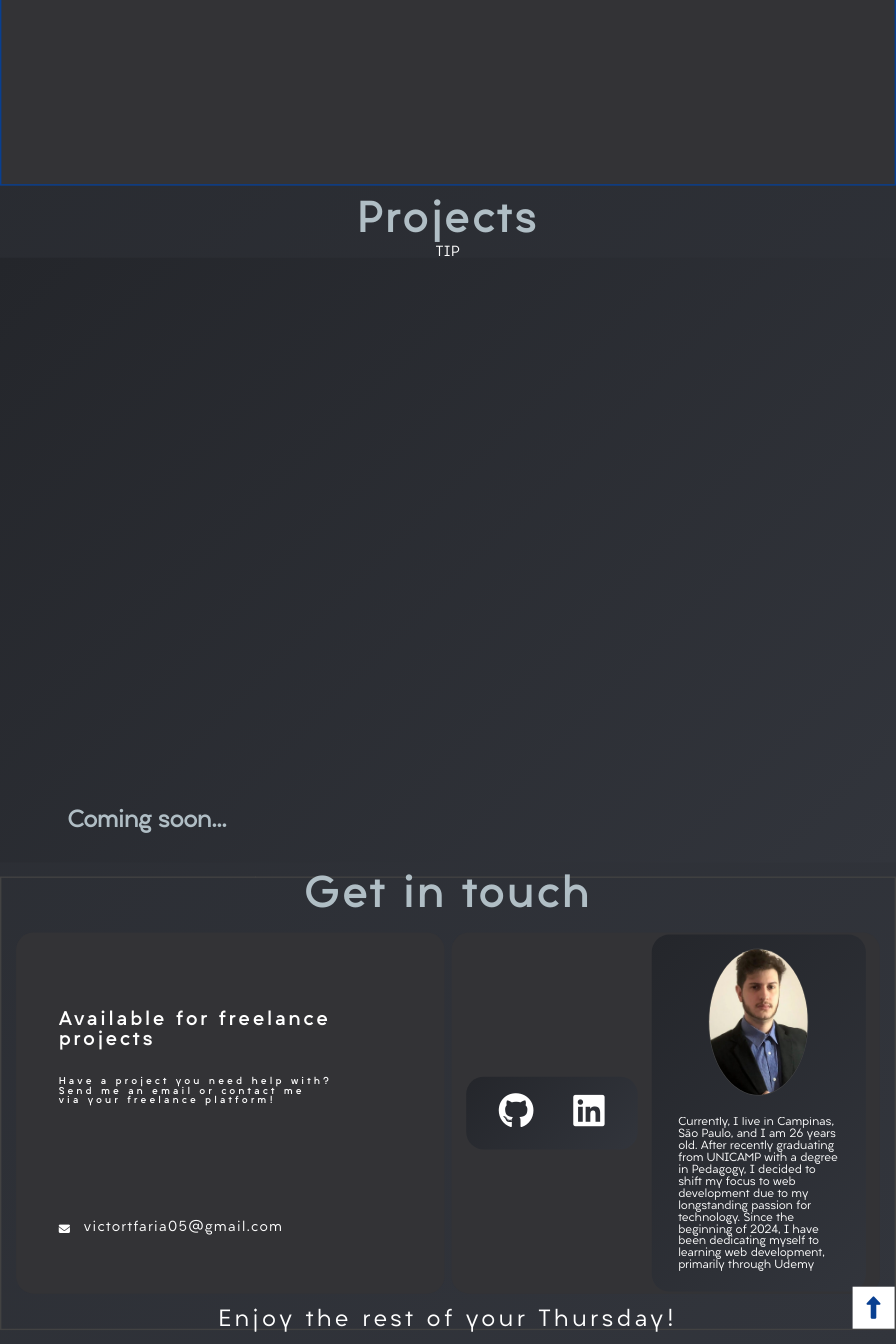
Repository: Victor-Faria/Portfolio
Page: docs/index.html
These files come from the project's save history. The page is drawn as it stood at one moment and after a run of saves; the edit follows.
The browser window is 1280 px wide. The pictures show the part of the page from y = 1463 to 3383 px (the page is 3383 px tall), at 70% of full size.
Pictures or frames that could not be fetched are drawn as grey boxes. Some web libraries are served in a nearby version.

Above is the page before, as saved 2024-10-29 17:45:31.

After the next 4 saves:
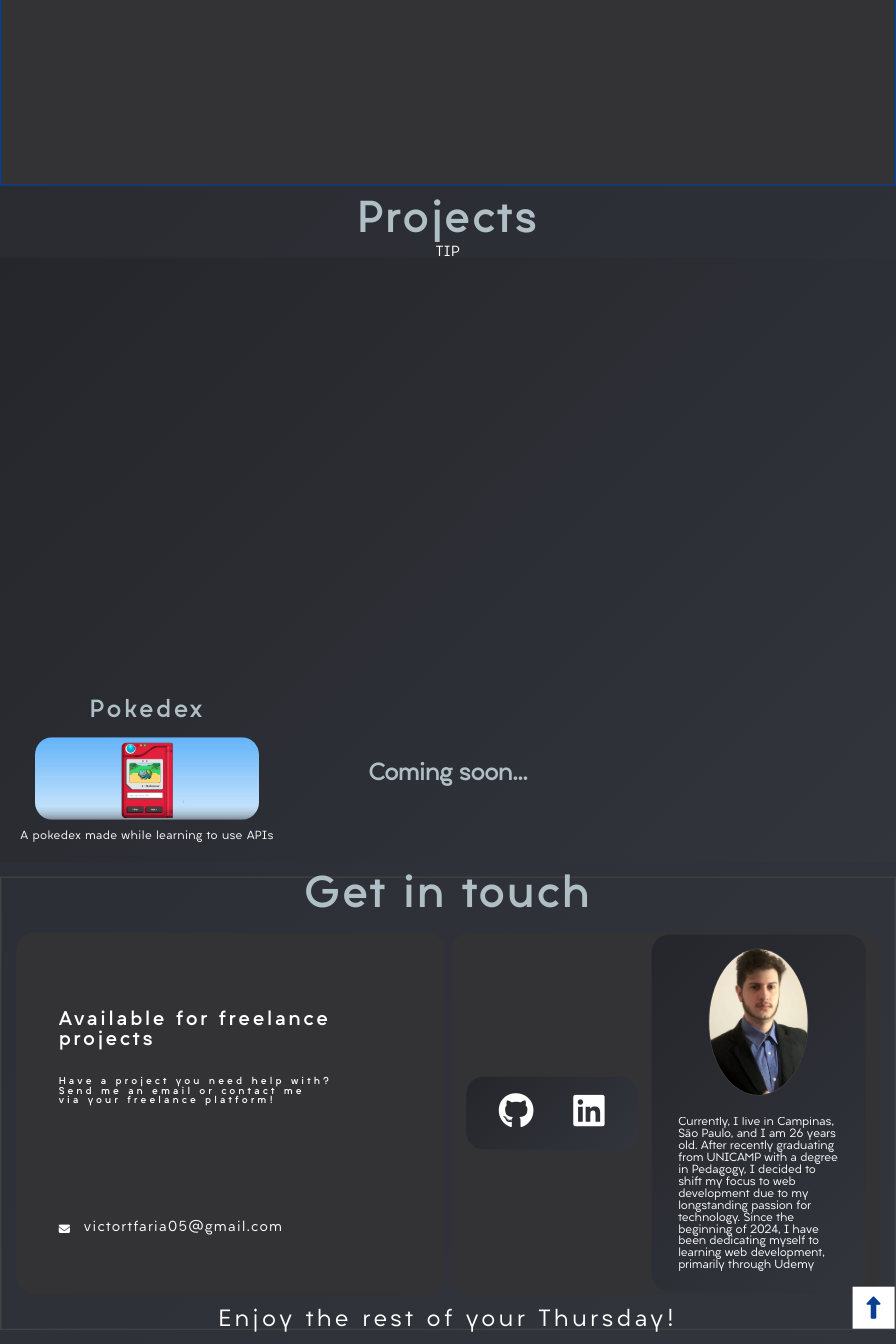
The 4 saves are shown as one change because they came seconds apart.
The last was saved 11 s later.
--- a/docs/index.html
+++ b/docs/index.html
@@ -319,7 +319,7 @@
         </div>
 
 
-        <div class="card2">
+        <div class="card3">
           <div class="featured">
             <div class="star">
               <i class="fa-regular fa-star" style="color: black"></i>
@@ -351,7 +351,7 @@
           </div>
         </div>
 
-        <div class="card3">
+        <div class="card4">
           <div class="project-name">
             <h2>Engine</h2>
           </div>
@@ -377,7 +377,7 @@
             </a>
           </div>
         </div>
-        <div class="card4">
+        <div class="card5">
           <div class="project-name">
             <h2>Victor's Secret</h2>
           </div>
@@ -404,7 +404,7 @@
           </div>
         </div>
 
-        <div class="card5">
+        <div class="card6">
           <div class="project-name">
             <h2>Pokedex</h2>
           </div>
